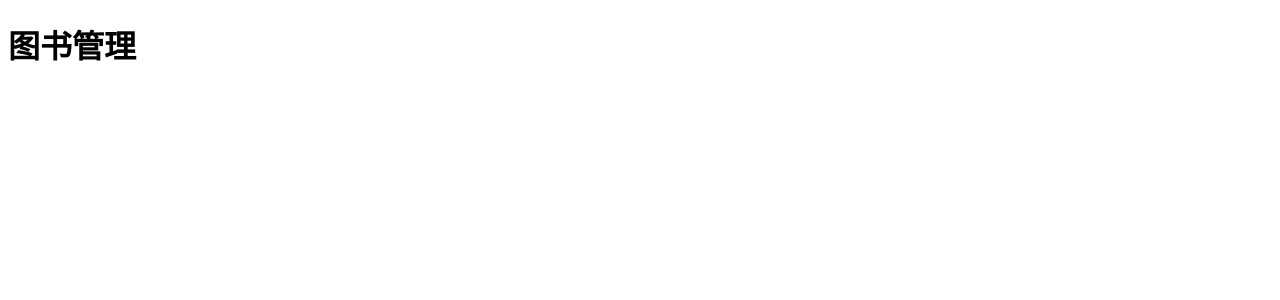
Repository: chenguocan/Vue_demo_1
Page: vue_demo_03/图书管理.html
These files come from the project's save history. The page is drawn as it stood at one moment and after the next save; the edit follows.
The browser window is 1280 px wide. The pictures show the whole page.

Above is the page before, as saved 2020-07-21 15:54:11.

After the next save:
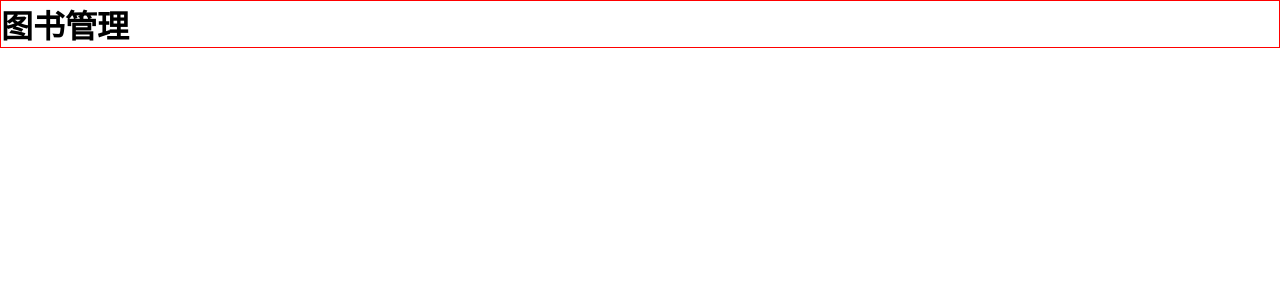
Saved 37 s later.
--- a/vue_demo_03/图书管理.html
+++ b/vue_demo_03/图书管理.html
@@ -4,6 +4,16 @@
     <meta charset="UTF-8" />
     <meta name="viewport" content="width=device-width, initial-scale=1.0" />
     <title>Document</title>
+    <style>
+      * {
+        margin: 0;
+        padding: 0;
+        box-sizing: border-box;
+      }
+      .book {
+        border: 1px solid red;
+      }
+    </style>
   </head>
   <body>
     <div class="book">
